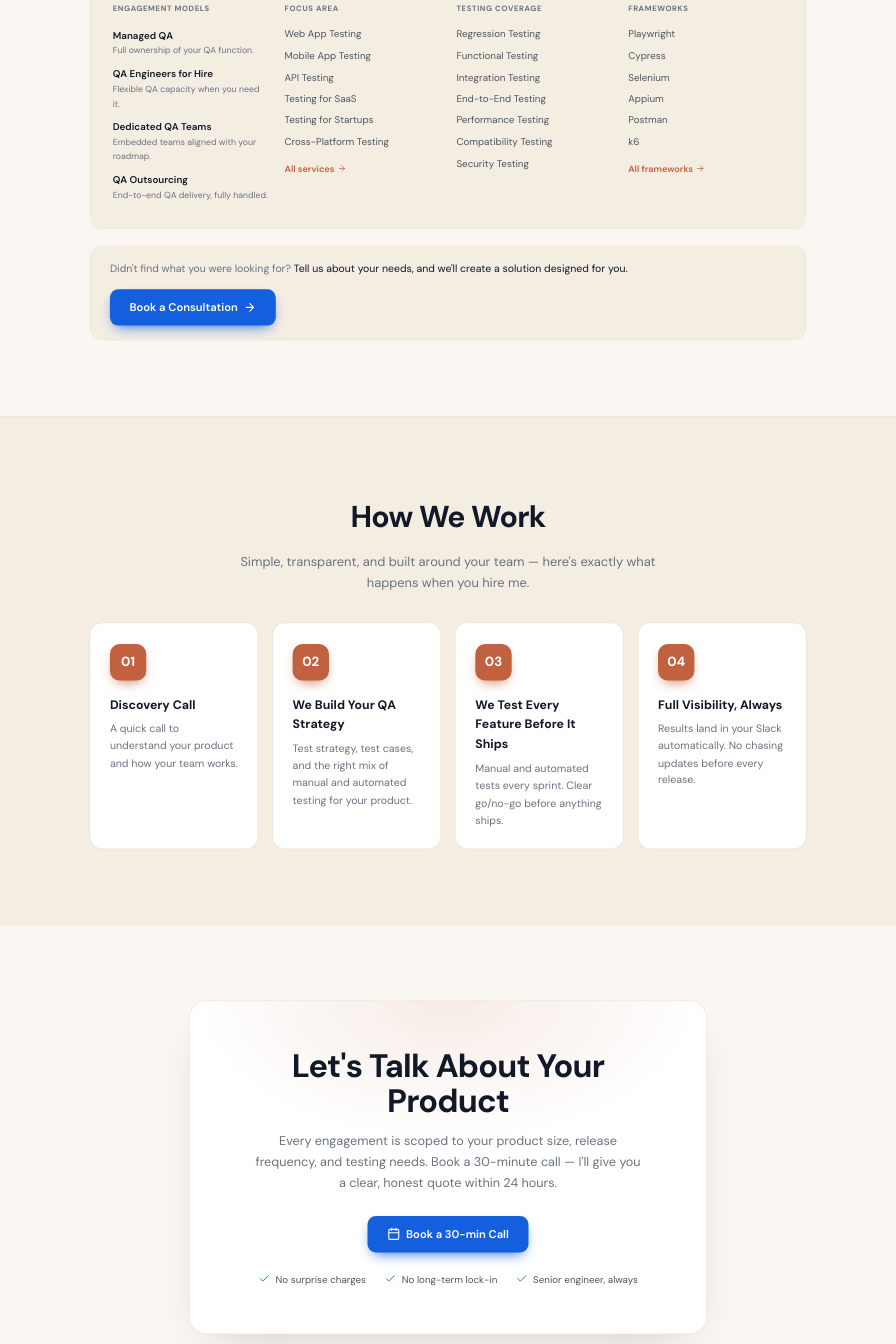
Repository: Monika281992/GoLiveQA
Page: /
These files come from the project's save history. The page is drawn as it stood at one moment and after the next save; the edit follows.
The browser window is 1280 px wide. The pictures show the part of the page from y = 2203 to 4123 px (the page is 5185 px tall before and 5142 px after), at 70% of full size.
The project was rebuilt for these pictures with package versions that can differ from the ones it lists, and the page was loaded fresh each time. The framework's server and built-in components were replaced by stand-ins that run in the browser. Also part of the build but not shown: next.config.mjs.

Above is the page before, as saved 2026-06-27 12:22:56.

After the next save:
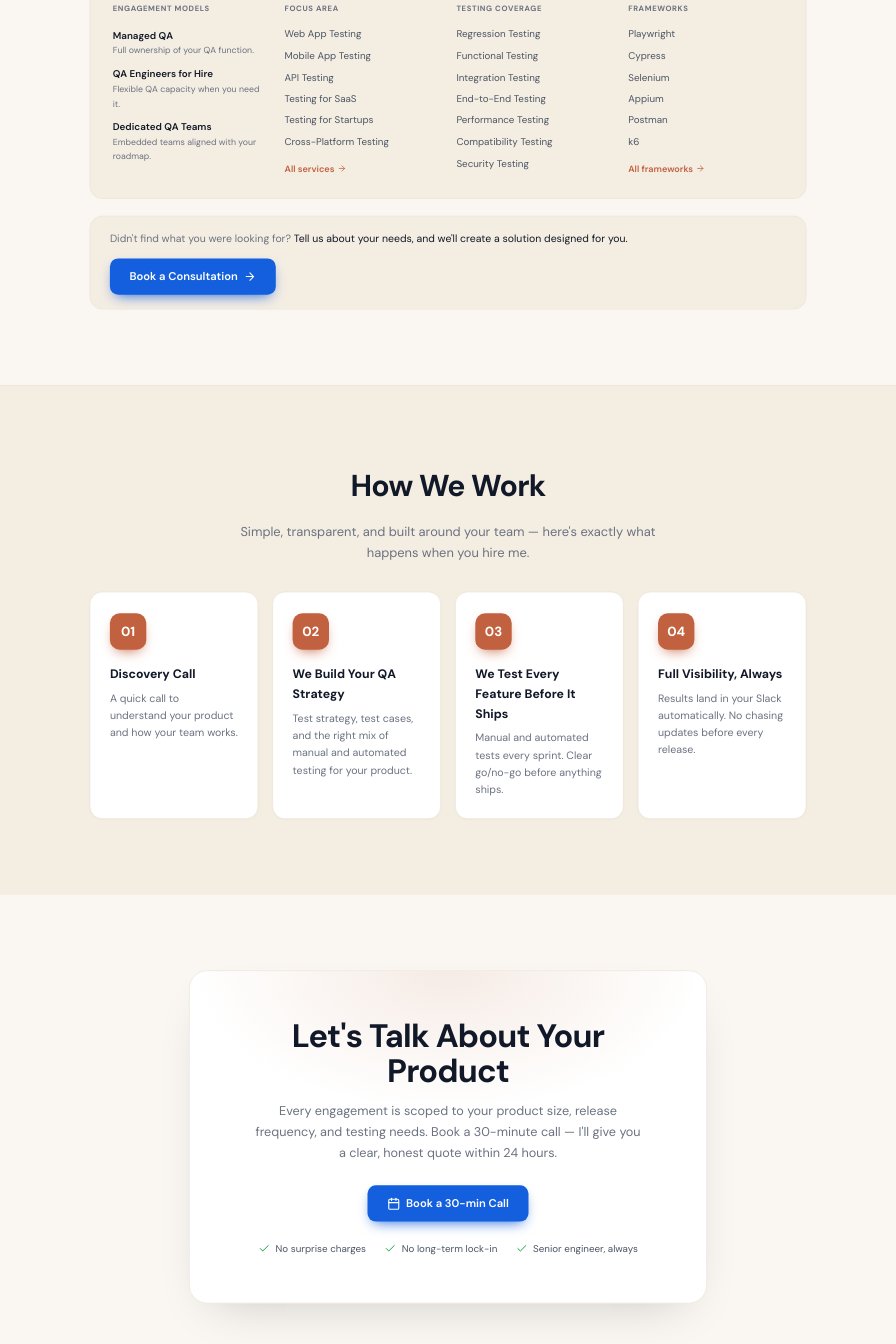
Saved 30 s later.
--- a/components/navbar.tsx
+++ b/components/navbar.tsx
@@ -8,7 +8,6 @@ const engagementModels = [
   { title: "Managed QA", desc: "Full ownership of your QA function." },
   { title: "QA Engineers for Hire", desc: "Flexible QA capacity when you need it." },
   { title: "Dedicated QA Teams", desc: "Embedded teams aligned with your roadmap." },
-  { title: "QA Outsourcing", desc: "End-to-end QA delivery, fully handled." },
 ];
 
 const focusAreas = [
--- a/components/services.tsx
+++ b/components/services.tsx
@@ -24,7 +24,6 @@ const engagementModels = [
   { title: "Managed QA", desc: "Full ownership of your QA function." },
   { title: "QA Engineers for Hire", desc: "Flexible QA capacity when you need it." },
   { title: "Dedicated QA Teams", desc: "Embedded teams aligned with your roadmap." },
-  { title: "QA Outsourcing", desc: "End-to-end QA delivery, fully handled." },
 ];
 
 const focusAreas = [
